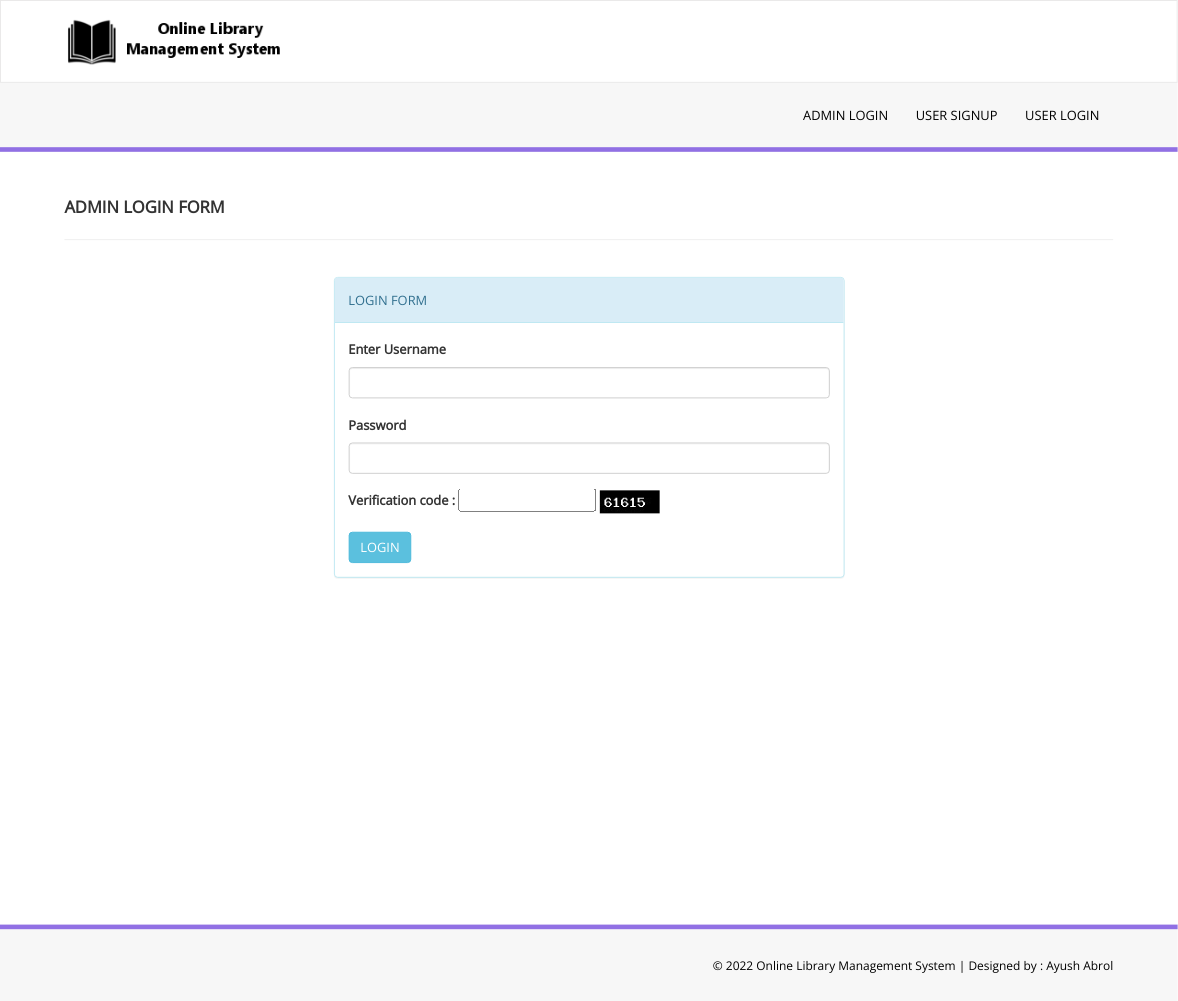
Repository: ayushabrol13/Online-Library-Management-System
Page: http://localhost/adminlogin.php
An editor plug-in stored every save of this project. The page is shown before and after the next save, followed by the edit.
The browser window is 1280 px wide. The pictures show the whole page, at 92% of full size.
The page is run by PHP 8.4 with error messages shown; the project is at /var/www/html/.

Above is the page before, as saved 2022-11-29 11:53:48.
Console error: TypeError: $(...).dataTable is not a function

After the next save:
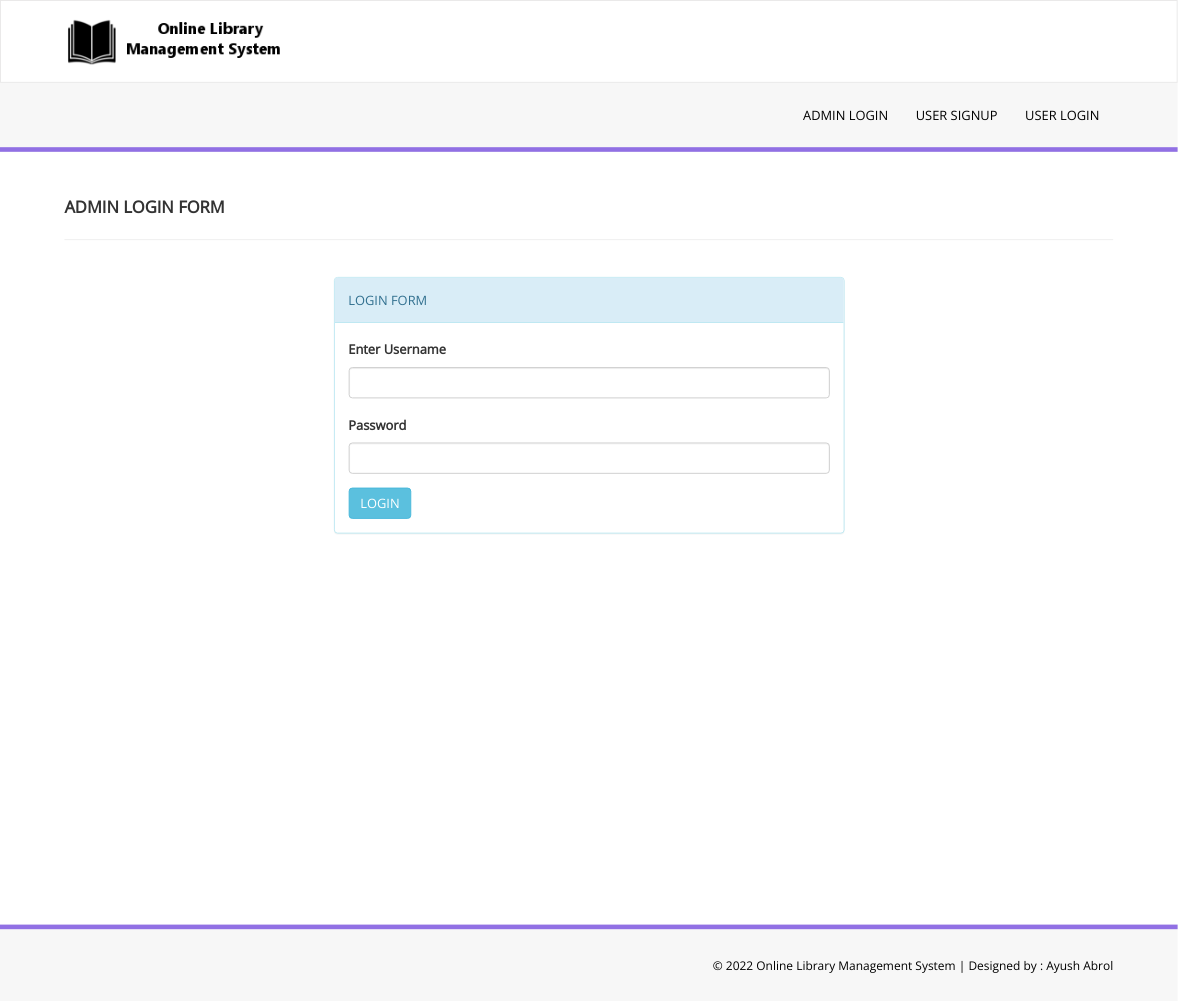
Saved 16 min 46 s later.
--- a/library/adminlogin.php
+++ b/library/adminlogin.php
@@ -79,10 +79,10 @@ echo "<script>alert('Invalid Details');</script>";
 <label>Password</label>
 <input class="form-control" type="password" name="password" autocomplete="off" required />
 </div>
- <div class="form-group">
+ <!-- <div class="form-group">
 <label>Verification code : </label>
 <input type="text"  name="vercode" maxlength="5" autocomplete="off" style="width: 150px; height: 25px;" />&nbsp;<img src="captcha.php">
-</div>
+</div>   -->
 
  <button type="submit" name="login" class="btn btn-info">LOGIN </button>
 </form>
